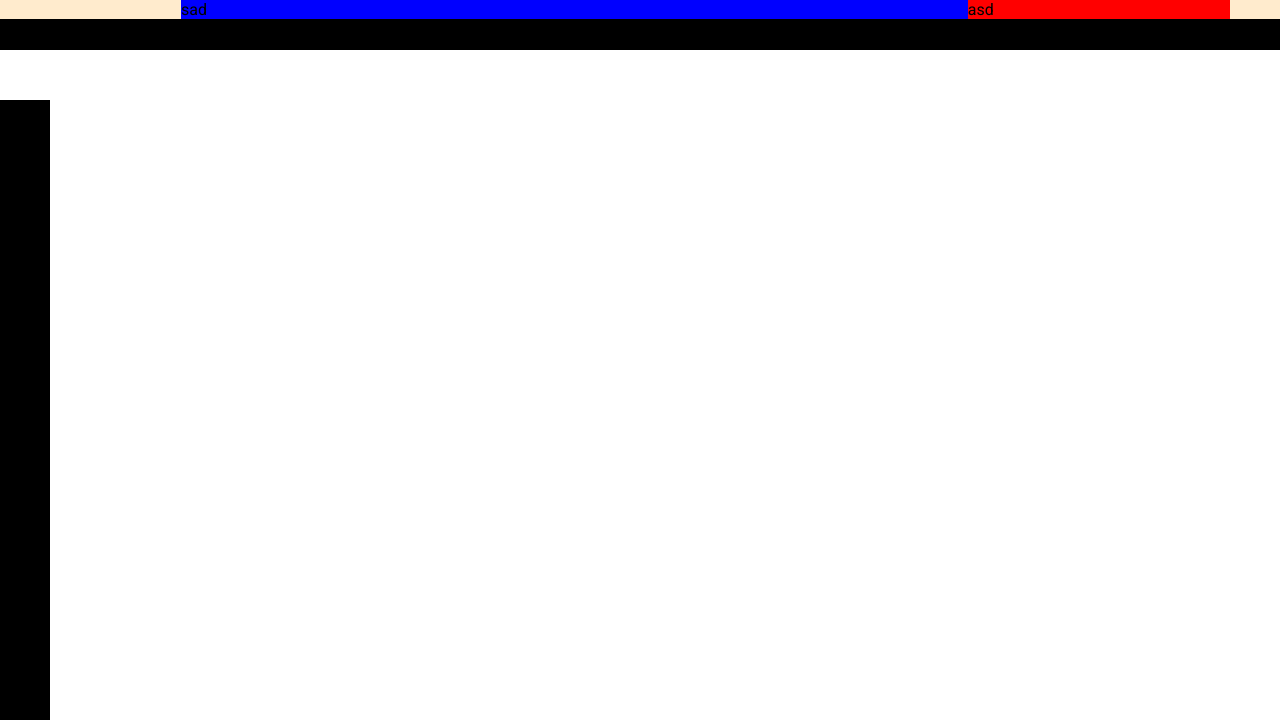
Repository: JulyK9/Movie-Website
Page: index.html
These files come from the project's save history. The page is drawn as it stood at one moment and after the next save; the edit follows.
The browser window is 1280 px wide. The pictures show the whole page.

Above is the page before, as saved 2022-07-03 00:27:17.

After the next save:
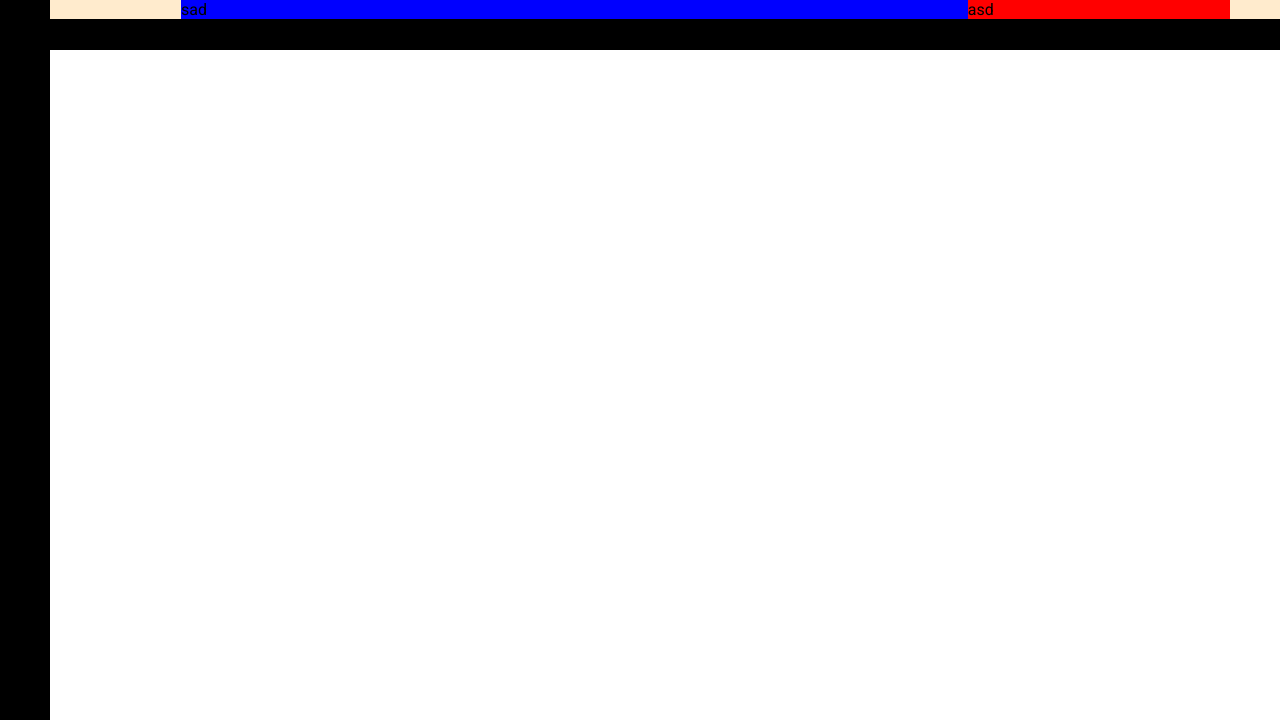
Saved 31 s later.
--- a/style.css
+++ b/style.css
@@ -42,5 +42,5 @@
     height: 100%;
     background-color: black;
     position: fixed;   /* 스크롤바 생기는 부분 제거 및 사이드바 고정 */
-    top: 100px;     /* 사이드바 상단 고정 */
+    top: 0px;     /* 사이드바 상단 고정 */
 }
